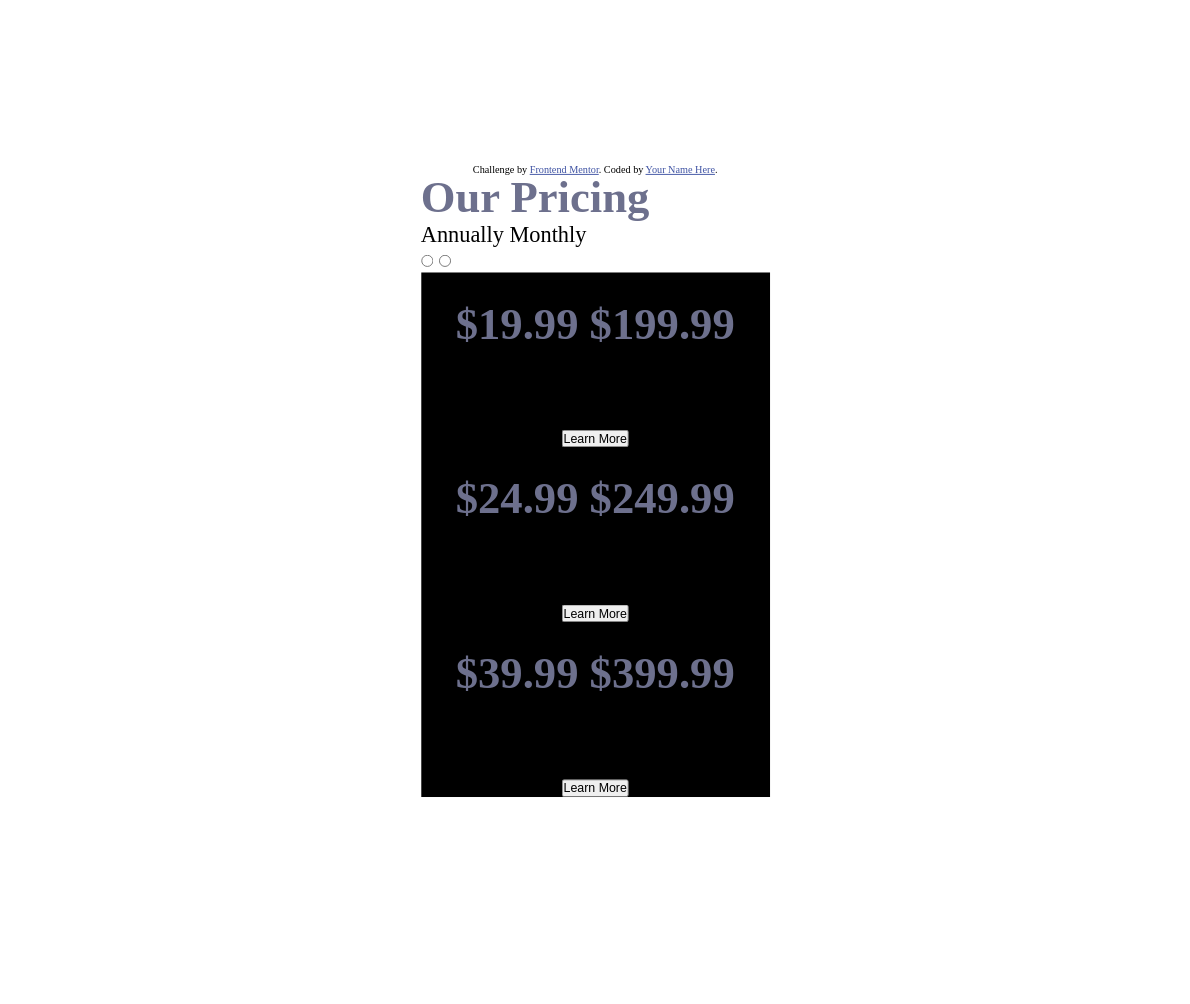
Repository: JuzzJoel/pricing-component-with-toggle-master
Page: index.html
The author's editor kept a copy of each file at every save. The page is drawn from the files as they stood at one save, then again after the next save.
The browser window is 1280 px wide. The pictures show the whole page, at 93% of full size.

Above is the page before, as saved 2025-05-24 08:13:17.

### index.html
<!DOCTYPE html>
<html lang="en">
<head>
  <meta charset="UTF-8">
  <meta name="viewport" content="width=device-width, initial-scale=1.0"> <!-- displays site properly based on user's device -->

  <link rel="icon" type="image/png" sizes="32x32" href="./images/favicon-32x32.png">

  <title>Frontend Mentor | [pricing-component-with-toggle-master]</title>
  <style>
    :root{

--linear-gradient: hsl(236, 72%, 79%) to hsl(237, 63%, 64%);

--clr-pri: hsl(240, 78%, 98%);
--clr-pri-acc: hsl(234, 14%, 74%);
--clr-sec: hsl(233, 13%, 49%);
--clr-sec-acc: hsl(232, 13%, 33%);
    }
*,
*::before,
*::after {
    box-sizing: border-box;
}

* {
    margin: 0;
    padding: 0;
    box-sizing: border-box;
}
.visually-hidden:not(:focus):not(:active) {
  clip: rect(0 0 0 0);
  clip-path: inset(50%);
  height: 1px;
  overflow: hidden;
  position: absolute;
  white-space: nowrap;
  width: 1px;
}
    .attribution { font-size: 11px; text-align: center;height: 1vh; }
    .attribution a { color: hsl(228, 45%, 44%); }
body{
  font-size: 0.95rem;
width: 100vw;
height: 150vh;
display: flex;
align-items: center;
justify-content: center;
flex-direction: column;
}


.container{
  width: 375px;
  height: 100vh;

}
  .pricing-header{
font-size: 1.5rem;
  }
  .pricing-header h1{
    color: var(--clr-sec);

  }
    .toggle-box{}

     .toggle-container{}

       .pricing{}

     .toggle-slider{

     }
   .content-body{
    display: flex;
    flex-direction: column;
    background: #000;

   }
   .content{
    display: flex;
    flex-direction: column;
    justify-content: space-evenly;
   }
   .card-container{
    display: flex;
    flex-direction: column;
    align-items: center;
   }
        .card{
          display: flex;
          flex-direction: column;
          align-items: center;
          width: 90%;
          height: 90%;
        }
          .rows-head{
            height: 35%;
          }

          .rows{
            height: 15%;
            border: 1px solid black;
          }
          .rows-button{
            height: 25%;
          }
  button{
    width: 100%;
    display: flex;
    align-items: center;
    justify-content: center;
  }

          @media(min-width:1440px){
            .content{
              flex-direction: row;
              justify-content: space-between;
             }
          }
  </style>
</head>
<body>
  <div class="attribution">
    Challenge by <a href="https://www.frontendmentor.io?ref=challenge" target="_blank">Frontend Mentor</a>.
    Coded by <a href="#">Your Name Here</a>.
  </div>


  <div class="container">
    <div class="pricing-header">
      <h1>Our Pricing</h1>
      <div class="toggle-box">
        Annually
        Monthly
        <div class="toggle-container">

          <input type="radio" class="pricing" id="price-annnual">
          <label for=""></label>

          <input type="radio" class="pricing" id="price-month">
          <label for=""></label>

          <div class="toggle-slider"></div>
        </div>
      </div>
      <div class="content-body">
        <div class="content">
          <div class="card-container">
<div class="card">
            <div class="rows-head">Basic
         <h1>   &dollar;19.99
           <i class="visually-hidden"></i> &dollar;199.99</h1>
          </div>
            <div class="rows">500 GB Storage</div>
            <div class="rows">2 Users Allowed</div>
            <div class="rows">Send up to 3 GB</div>
            <div class="rows-button"><button>Learn More</button></div>
          </div>
          </div>

          <div class="card-container">
            <div class="card">
            <div class="rows-head">Professional
              <h1>  &dollar;24.99
            &dollar;249.99 </h1>
          </div>
            <div class="rows">1 TB Storage</div>
            <div class="rows">5 Users Allowed</div>
            <div class="rows">Send up to 10 GB</div>
            <div class="rows-button"><button>Learn More</button></div>
          </div>
          </div>
          <div class="card-container">
            <div class="card">
            <div class="rows-head">Master
              <h1>   &dollar;39.99
            &dollar;399.99</h1>
          </div>
            <div class="rows">2 TB Storage</div>
            <div class="rows">10 Users Allowed</div>
            <div class="rows">Send up to 20 GB</div>
            <div class="rows-button"><button>Learn More</button></div>
          </div>
          </div>
        </div>
      </div>
    </div>
  </div>


</body>
</html>

After the next save:
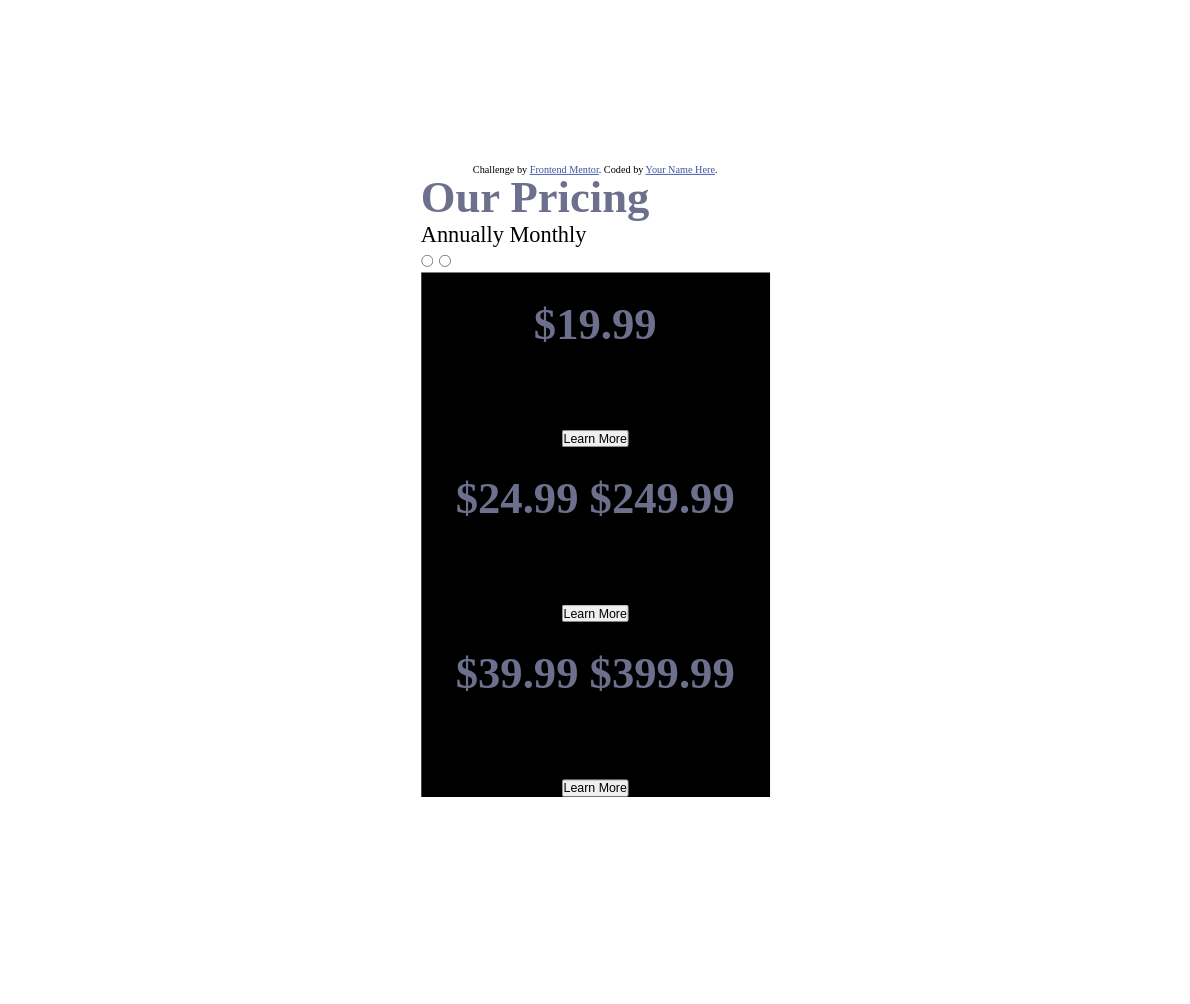
Saved 7 s later.
--- a/index.html
+++ b/index.html
@@ -150,7 +150,7 @@ font-size: 1.5rem;
 <div class="card">
             <div class="rows-head">Basic
          <h1>   &dollar;19.99
-           <i class="visually-hidden"></i> &dollar;199.99</h1>
+           <i class="visually-hidden"></i> </h1>
           </div>
             <div class="rows">500 GB Storage</div>
             <div class="rows">2 Users Allowed</div>
